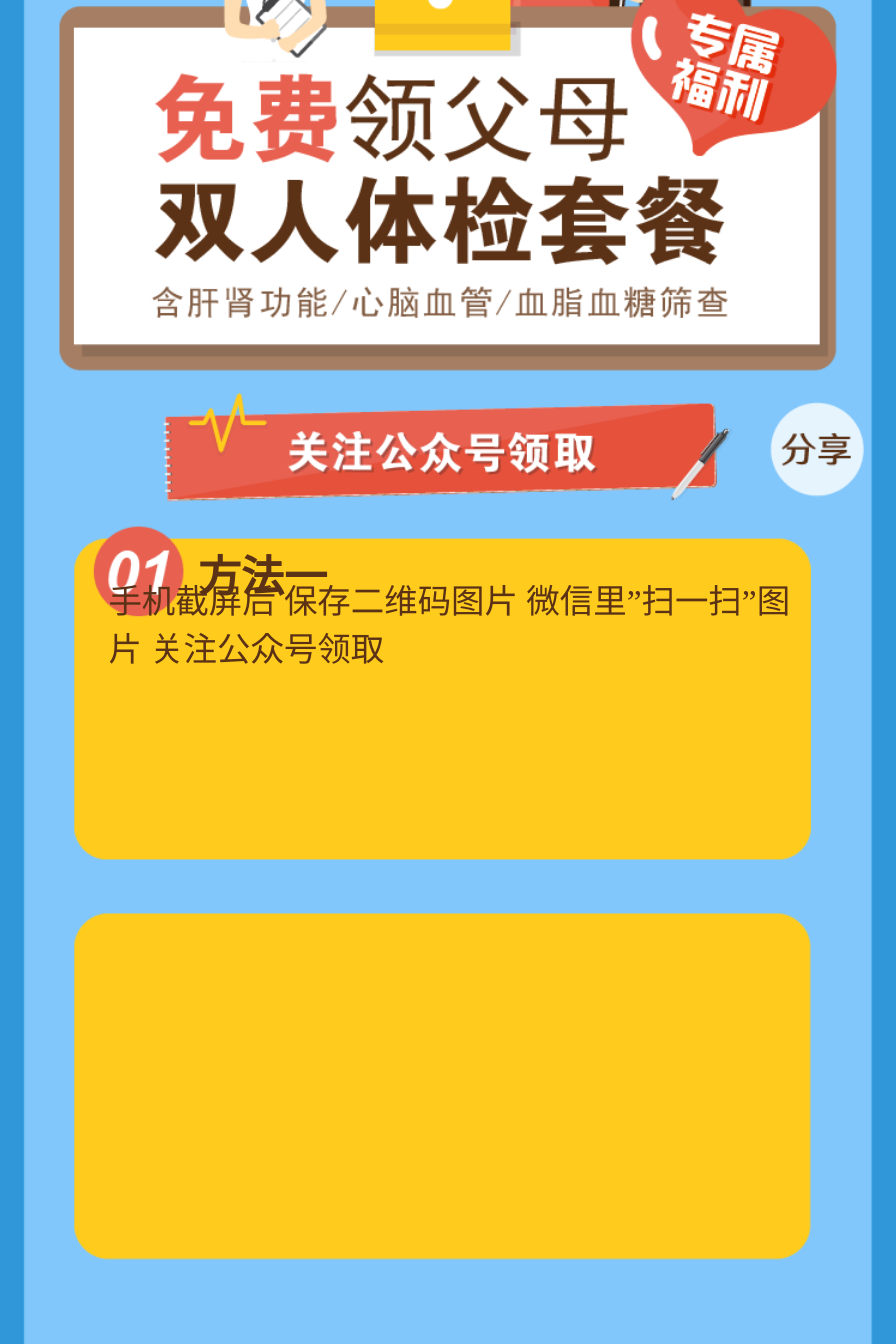
Repository: my-name-jun/enforceTraining
Page: zqtjfl/index.html
An editor plug-in stored every save of this project. The page is shown before and after the next save, followed by the edit.
The browser window is 1280 px wide. The pictures show the part of the page from y = 575 to 2495 px (the page is 2661 px tall), at 70% of full size.
The page's requests for data from a server got no answer.

Above is the page before, as saved 2018-09-19 14:54:00.

After the next save:
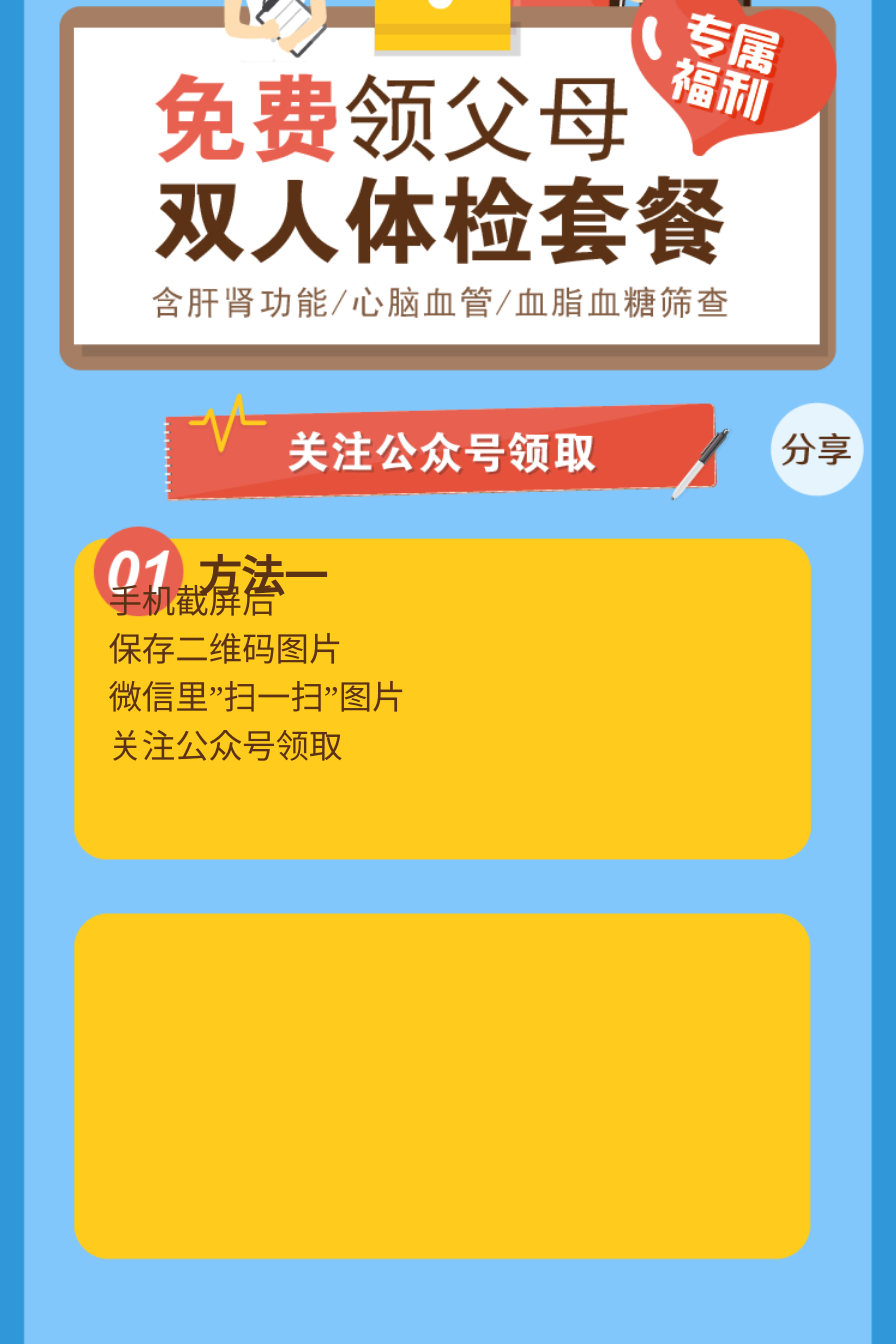
Saved 10 s later.
--- a/zqtjfl/index.html
+++ b/zqtjfl/index.html
@@ -29,9 +29,9 @@
             <img src="./images/midautumn-09.png" class="label_img1" />
             <div class="content1_title">方法一</div>
             <div class="content1_detail">
-                手机截屏后
-                保存二维码图片
-                微信里”扫一扫”图片
+                手机截屏后<br>
+                保存二维码图片<br>
+                微信里”扫一扫”图片<br>
                 关注公众号领取
             </div>
             <!-- <img src="./images/midautumn-08.png" class="qrcode" /> -->
